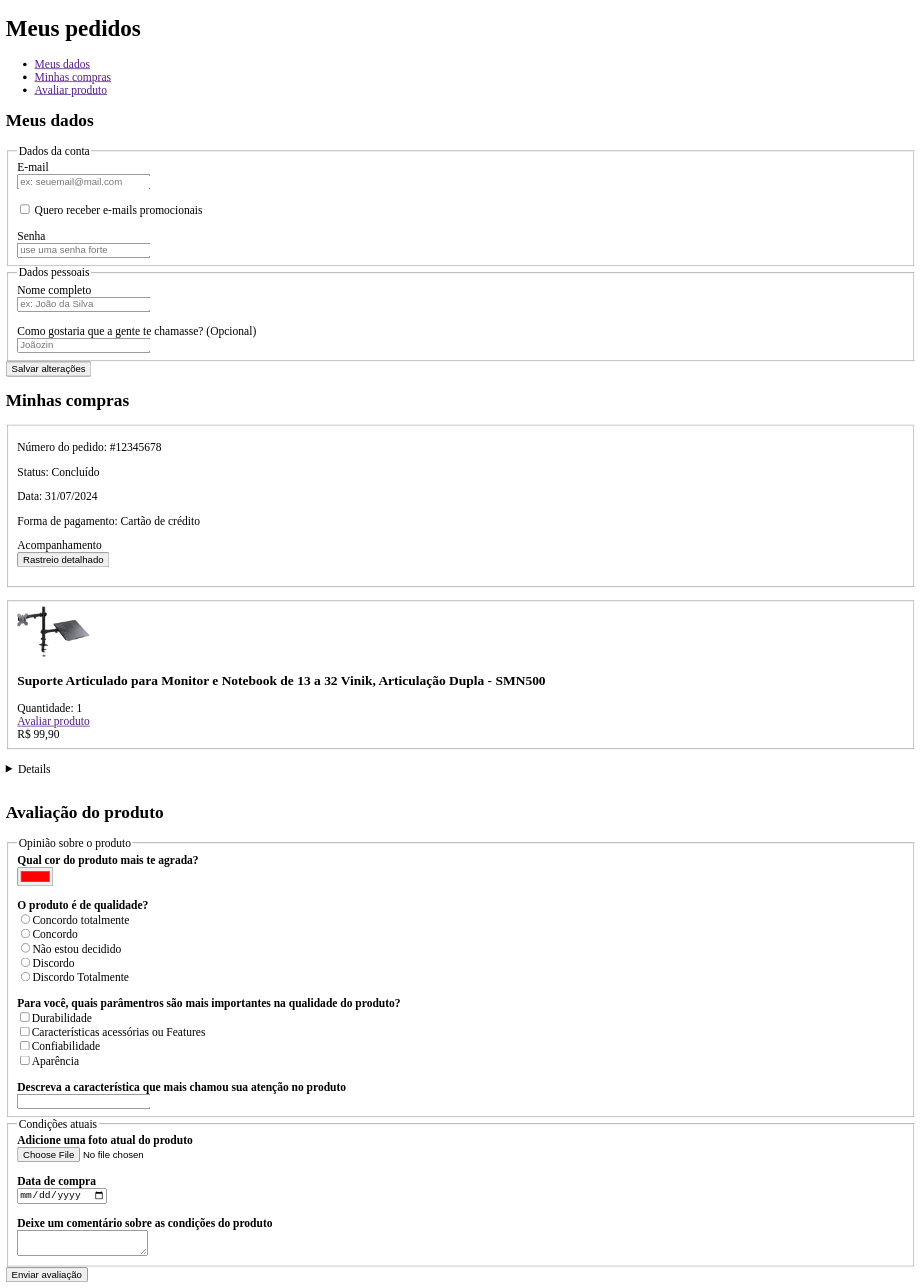
Repository: claudemir-camargo/site-compras
Page: index.html
The author's editor kept a copy of each file at every save. The page is drawn from the files as they stood at one save, then again after the next save.
The browser window is 1280 px wide. The pictures show the whole page, at 72% of full size.

Above is the page before, as saved 2024-03-03 23:37:49.

After the next save:
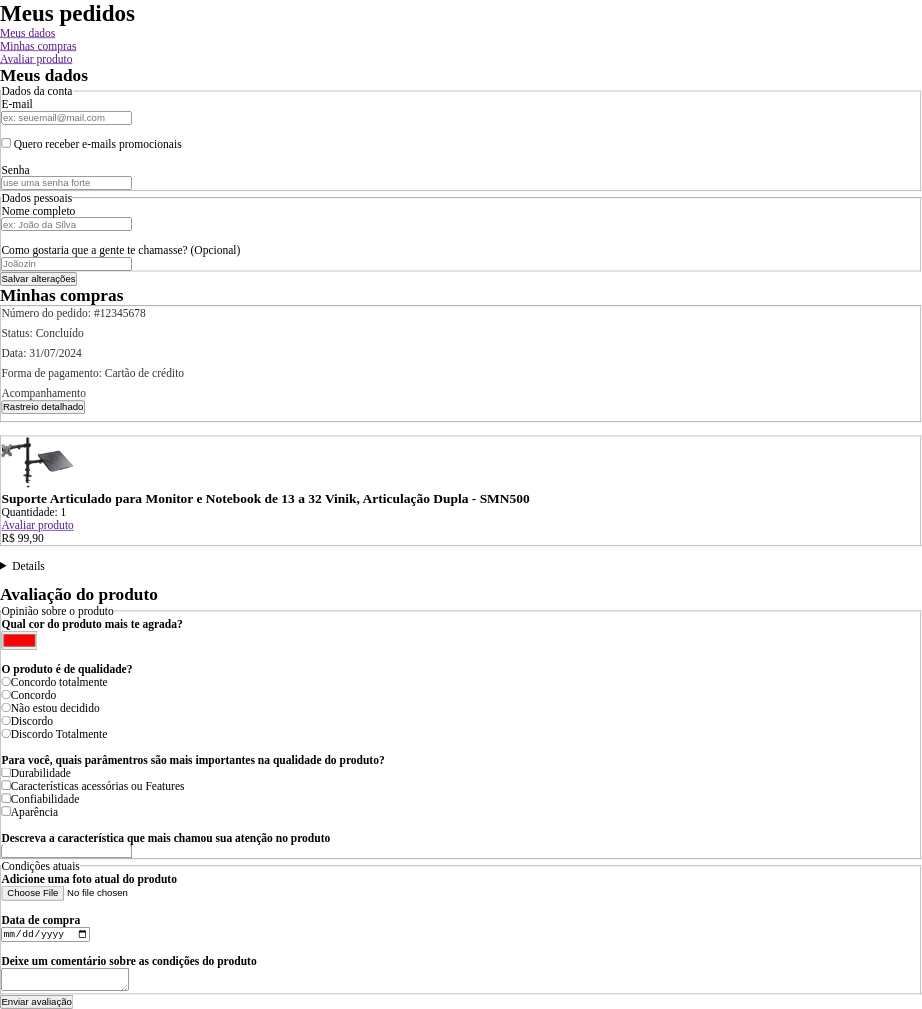
Saved 31 s later.
--- a/css/style.css
+++ b/css/style.css
@@ -2,3 +2,22 @@ img {
     height: 70px;
     width: 100px;
 }
+
+* {
+    margin: 0;
+    padding: 0;
+}
+
+/* Estilização dos elementos */
+.pedido, .status, .data, .pagamento, .acompanhamento {
+    display: flex; /* Torna os elementos flexíveis */
+    align-items: center; /* Alinha verticalmente ao centro */
+    margin-bottom: 10px; /* Espaçamento entre os elementos */
+}
+
+/* Estilização do texto dentro dos elementos */
+.pedido p, .status p, .data p, .pagamento p, .acompanhamento p {
+    font-size: 16px;
+    color: #333;
+    /* Outros estilos de fonte, cor, etc. */
+}

After the 2 saves that followed:
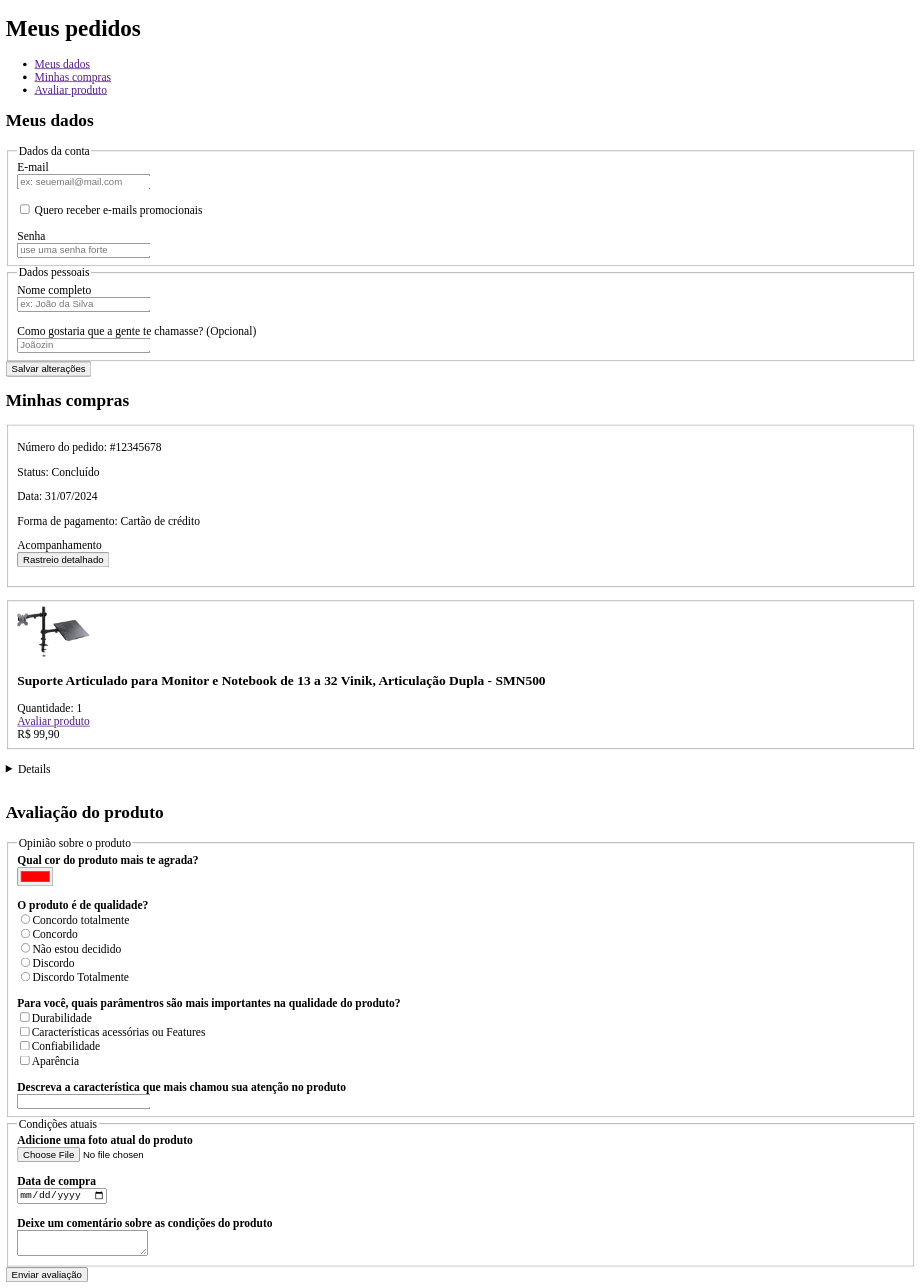
The 2 saves are shown as one change because 1 left the picture as it was.
The last was saved 65 s later.
--- a/css/style.css
+++ b/css/style.css
@@ -2,22 +2,3 @@ img {
     height: 70px;
     width: 100px;
 }
-
-* {
-    margin: 0;
-    padding: 0;
-}
-
-/* Estilização dos elementos */
-.pedido, .status, .data, .pagamento, .acompanhamento {
-    display: flex; /* Torna os elementos flexíveis */
-    align-items: center; /* Alinha verticalmente ao centro */
-    margin-bottom: 10px; /* Espaçamento entre os elementos */
-}
-
-/* Estilização do texto dentro dos elementos */
-.pedido p, .status p, .data p, .pagamento p, .acompanhamento p {
-    font-size: 16px;
-    color: #333;
-    /* Outros estilos de fonte, cor, etc. */
-}
